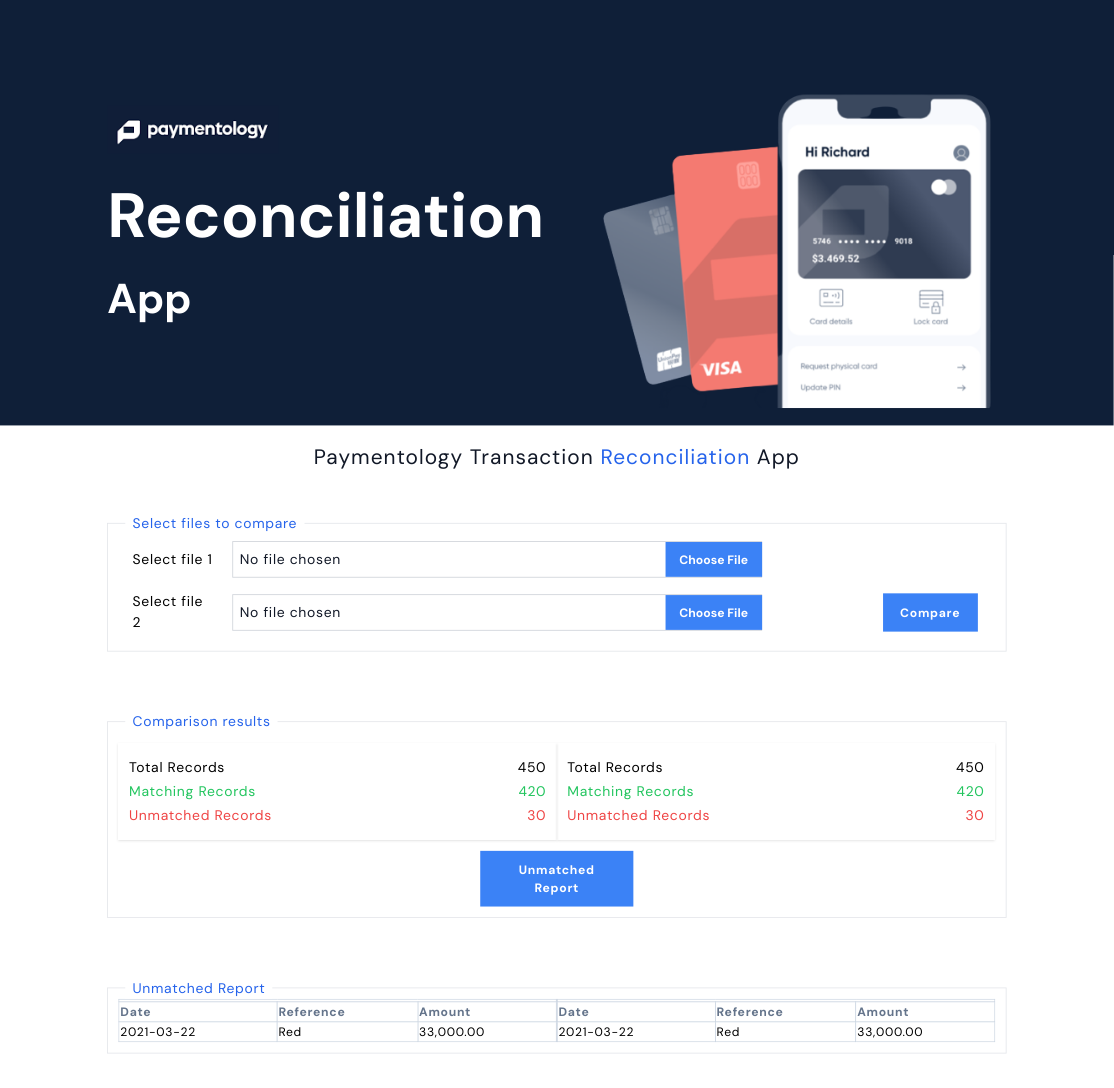
Repository: chionye/paymentology-front
Page: /
These files come from the project's save history. The page is drawn as it stood at one moment and after a run of saves; the edit follows.
The browser window is 1280 px wide. The pictures show the whole page, at 87% of full size.
The project was rebuilt for these pictures with package versions that can differ from the ones it lists, and the page was loaded fresh each time.

Above is the page before, as saved 2022-03-20 13:51:29.

### public/index.html
<!DOCTYPE html>
<html lang="en">
  <head>
    <meta charset="utf-8" />
    <link rel="icon" href="%PUBLIC_URL%/favicon.ico" />
    <meta name="viewport" content="width=device-width, initial-scale=1" />
    <meta name="theme-color" content="#000000" />
    <meta
      name="description"
      content="Web site created using create-react-app"
    />
    <link rel="preconnect" href="https://fonts.googleapis.com">
    <link rel="preconnect" href="https://fonts.gstatic.com" crossorigin>
    <link href="https://fonts.googleapis.com/css2?family=DM+Sans:wght@400;700&display=swap" rel="stylesheet">
    <link rel="apple-touch-icon" href="%PUBLIC_URL%/logo192.png" />
    <!--
      manifest.json provides metadata used when your web app is installed on a
      user's mobile device or desktop. See https://developers.google.com/web/fundamentals/web-app-manifest/
    -->
    <link rel="manifest" href="%PUBLIC_URL%/manifest.json" />
    <!--
      Notice the use of %PUBLIC_URL% in the tags above.
      It will be replaced with the URL of the `public` folder during the build.
      Only files inside the `public` folder can be referenced from the HTML.

      Unlike "/favicon.ico" or "favicon.ico", "%PUBLIC_URL%/favicon.ico" will
      work correctly both with client-side routing and a non-root public URL.
      Learn how to configure a non-root public URL by running `npm run build`.
    -->
    <title>React App</title>
  </head>
  <body>
    <noscript>You need to enable JavaScript to run this app.</noscript>
    <div id="root"></div>
    <!--
      This HTML file is a template.
      If you open it directly in the browser, you will see an empty page.

      You can add webfonts, meta tags, or analytics to this file.
      The build step will place the bundled scripts into the <body> tag.

      To begin the development, run `npm start` or `yarn start`.
      To create a production bundle, use `npm run build` or `yarn build`.
    -->
  </body>
</html>

### src/index.css
@tailwind base;
@tailwind components;
@tailwind utilities;

body {
  margin: 0;
  padding:0;
  box-sizing: border-box;
  font-family: -apple-system, BlinkMacSystemFont, 'Segoe UI', 'Roboto', 'Oxygen',
    'Ubuntu', 'Cantarell', 'Fira Sans', 'Droid Sans', 'Helvetica Neue',
    sans-serif;
  -webkit-font-smoothing: antialiased;
  -moz-osx-font-smoothing: grayscale;
  font-family: 'DM Sans', sans-serif;
}

input[type=file]::file-selector-button {
  position: absolute;
  right:-5px;
  top:0;

}
input[type=file]::-ms-browse {
  position: absolute;
  right:-5px;
  top:0;
}

input[type=file]::-webkit-file-upload-button {
  position: absolute;
  right:-5px;
  top:0;
}

### src/App.js
import Banner from "./components/Banner";
import CompareFiles from "./components/CompareFiles";
import { FileProvider } from "./context/index.context";
import Results from "./components/Results";
import Report from "./components/Report";
import Title from "./components/Title";

function App() {
  return (
    <FileProvider>
      <Banner />
      <Title />

      <CompareFiles />
      <Results />
      <Report />
    </FileProvider>

  );
}

export default App;

### src/components/Banner.js
import BannerImg from "../assets/PaymentologyImg.png";
import Logo from "../assets/PaymentologyLogo.png"
import Container from "./Container";
const Banner = () => {
    const style = {
        background: "#0f1f38"
    }
    return(
        <div style={style} >
            <Container>
                <div className="w-5/6 mx-auto flex flex-col md:flex-row md:justify-between md:items-center">
                    <div className="w-1/2 text-white  font-bold">
                        <img className="" src={Logo}  alt="Paymentology Logo"/>
                        <h1 className="text-7xl leading-loose">Reconciliation </h1>
                        <h2 className="text-5xl">App</h2>
                    </div>
                    <div className="w-1/2 ">
                        <img src={BannerImg} alt="Banner" />
                    </div>
                </div>

            </Container>



        </div>
    )
}

export default Banner;

### src/components/CompareFiles.js
import Button from "./Button";
import Container from "./Container";
import InputFile from "./InputFile";
import Section from "./Section";
import { useFileContext } from "../context/index.context";

const CompareFiles = () => {
    const {file, setFile} = useFileContext();

    const saveFile_1 = e => {
        setFile({
            ...file,
            file1: e.target.files[0],
            fileName1: e.target.files[0].name
        })
    }

    const saveFile_2 = e => {
        setFile({
            ...file,
            file2: e.target.files[0],
            fileName2: e.target.files[0].name
        })
    }

    return(
        <Container>
            <Section title={"Select files to compare"}>
                <InputFile
                file={"Select file 1"}
                handleFile={saveFile_1}
                 />
                <div className="flex flex-col md:flex-row md:items-center md:justify-between">
                    <InputFile
                    file={"Select file 2"}
                    handleFile={saveFile_2}
                    />
                    <div className="my-3 md:my-0 md:mr-5">

                    <Button width={"w-full"} label={"Compare"} />
                    </div>

                </div>
            </Section>
        </Container>

    )
}

export default CompareFiles;

### src/context/index.context.js
import { createContext, useContext, useState } from "react";

const FileContext = createContext(null);

export const FileProvider = ({children}) => {
     const [file, setFile] = useState({
        file1: '',
        fileName1: '',
        file2:'',
        fileName2: ''
    });

    return(
        <FileContext.Provider value={{file, setFile}}>
            {children}
        </FileContext.Provider>
    )
}

export const useFileContext = () => useContext(FileContext);

### src/components/Results.js
import Button from "./Button";
import Container from "./Container";
import FileSummary from "./FileSummary";
import Section from "./Section";
import { useFileContext } from "../context/index.context";

const Results = () => {
    const { file } = useFileContext();
    return(
        <Container>
            <Section title={"Comparison results"}>
                <div className="flex flex-col md:flex-row md:justify-between md:items-center">
                    <FileSummary
                        fileName={file.fileName1}
                        totalRecords={450}
                        matchingRecords={420}
                        unmatchedRecords={30}
                    />
                    <FileSummary
                        fileName={file.fileName2}
                        totalRecords={450}
                        matchingRecords={420}
                        unmatchedRecords={30}
                    />
                </div>
                <div className="md:flex md:w-44 md:justify-center md:mx-auto">
                        <Button width={"w-full"} label={"Unmatched Report"} />
                </div>
            </Section>
        </Container>
    )
}

export default Results;

### src/components/Report.js
import Container from "./Container";
import Section from "./Section";
import FileReports from "./FileReports";


const Report = () => {

    return(
        <Container>
            <Section title={"Unmatched Report"}>
                <FileReports />
            </Section>
        </Container>
    )
}

export default Report;

### src/components/Title.js
import Container from "./Container"

const Title = () => {
    return(
        <Container>
            <div className="md:w-5/6 mx-auto">
                <h1 className="font-medium tracking-wider text-center  leading-loose text-xl md:text-2xl text-gray-900">Paymentology Transaction <span className="text-blue-600">Reconciliation</span> App</h1>

            </div>
        </Container>
    )
}

export default Title;

### src/components/Container.js
const Container = (props) => {

    return <div className="p-5 mx-auto">{props.children}</div>
}
export default Container;

### src/components/Button.js
const Button = (props) => {

    return <button className={`${props.width} bg-blue-500 hover:bg-blue-700 py-3 px-5 text-sm text-white font-semibold`} disabled={true}>{props.label}</button>
}

export default Button;

### src/components/InputFile.js


const InputFile = (props) => {


    return(
        <div className="flex flex-col md:flex-row w-full md:w-3/4 md:items-center md:justify-between text-sm md:text-base tracking-wider my-2 md:px-4">
            <label className="w-28 ">{props.file}</label>
            <div className="w-full border border-1 border-gray-300 py-2.5 sm:py-2 relative md:ml-5">
                <input type="file"
                        className="block
                        font-medium
                        tracking-wider
                        w-full
                        pl-2
                        appearance-none
                        text-gray-900
                        file:py-2.5
                        file:px-4
                        file:border-0
                        file:text-sm
                        file:font-semibold
                        file:bg-blue-500
                        hover:file:bg-blue-700
                        file:text-white"
                        onChange={props.handleFile}
                    />
            </div>

        </div>
    )
}

export default InputFile;

### src/components/Section.js

const Section = (props) => {
    return(
        <div className="relative md:w-5/6  h-auto p-3 border border-1 border-gray mx-auto my-5 tracking-wider">
            <div className="absolute font-medium -top-3 left-1 md:left-5 bg-white  text-blue-600 px-2">{props.title}</div>
            {props.children}
        </div>
    )
}

export default Section;

### src/components/FileSummary.js
const FileSummary = (props) => {
    return(
        <div className="shadow text-sm md:text-base p-3 my-3 w-full md:w-1/2  max-w-lg tracking-wider ">
            <div className="font-semibold text-xl">{props.fileName}</div>
            <div className="flex flex-row justify-between my-1">
                <span>Total Records</span>
                <span>{props.totalRecords}</span>
            </div>
            <div className="flex flex-row justify-between my-1 text-green-500">
                <span>Matching Records</span>
                <span>{props.matchingRecords}</span>
            </div>
            <div className="flex flex-row justify-between my-1 text-red-500">
                <span>Unmatched Records</span>
                <span>{props.unmatchedRecords}</span>
            </div>
        </div>
    )
}

export default FileSummary;

### src/components/FileReports.js
import { useFileContext } from "../context/index.context";
import FileReport from './FileReport';

const FileReports = () => {
    const {file} = useFileContext();

    return(
        <div className="w-full overflow-x-scroll flex flex-row">
            <FileReport
                fileName={file.fileName1}
                date={'2021-03-22'}
                reference={'Red'}
                amount={'33,000.00'}
            />
            <FileReport
                fileName={file.fileName2}
                date={'2021-03-22'}
                reference={'Red'}
                amount={'33,000.00'}
            />
        </div>

    )
}

export default FileReports;

### src/components/FileReport.js
const FileReport = (props) => {
    return(
        <table className="w-full border-collapse border-gray-300 text-sm">
            <thead>
                <tr className="text-left">
                    <th className="font-medium text-base border border-slate-300" colSpan={3} >{props.fileName}</th>
                </tr>
                <tr className="text-left text-slate-500">
                    <th className="border border-slate-300">Date</th>
                    <th className="border border-slate-300">Reference</th>
                    <th className="border border-slate-300">Amount</th>
                </tr>
            </thead>
            <tbody>
                <tr>
                    <td className="border border-slate-300">{props.date}</td>
                    <td className="border border-slate-300">{props.reference}</td>
                    <td className="border border-slate-300">{props.amount}</td>
                </tr>
            </tbody>
        </table>
    )
}

export default FileReport;

Loaded but not shown: src/index.js (common file); src/reportWebVitals.js (common file); tailwind.config.js (common file)

After the next 2 saves:
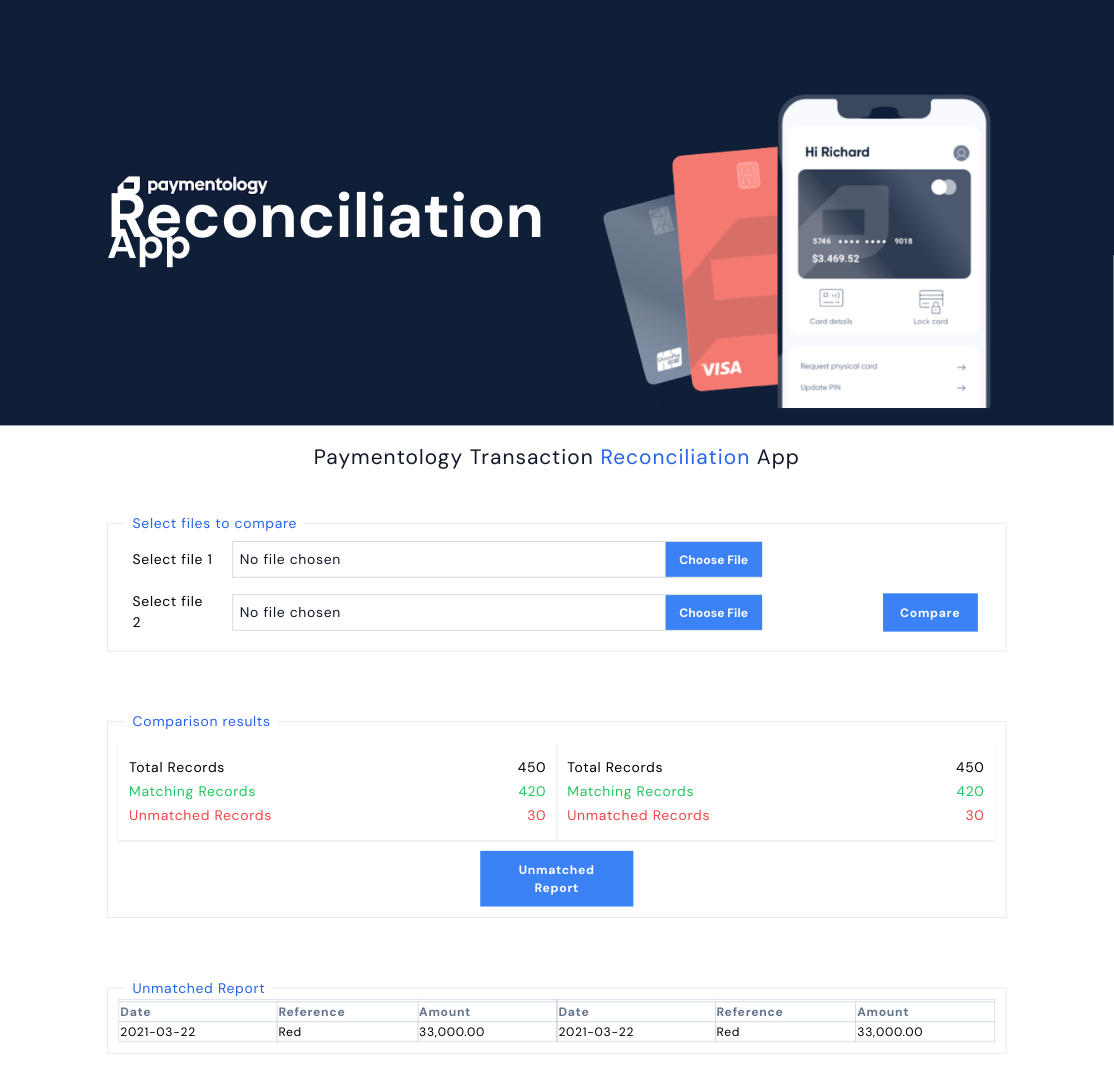
The 2 saves are shown as one change because they came seconds apart.
The last was saved 6 s later.
--- a/src/components/Banner.js
+++ b/src/components/Banner.js
@@ -11,7 +11,7 @@ const Banner = () => {
                 <div className="w-5/6 mx-auto flex flex-col md:flex-row md:justify-between md:items-center">
                     <div className="w-1/2 text-white  font-bold">
                         <img className="" src={Logo}  alt="Paymentology Logo"/>
-                        <h1 className="text-7xl leading-loose">Reconciliation </h1>
+                        <h1 className="text-7xl leading-4">Reconciliation </h1>
                         <h2 className="text-5xl">App</h2>
                     </div>
                     <div className="w-1/2 ">
